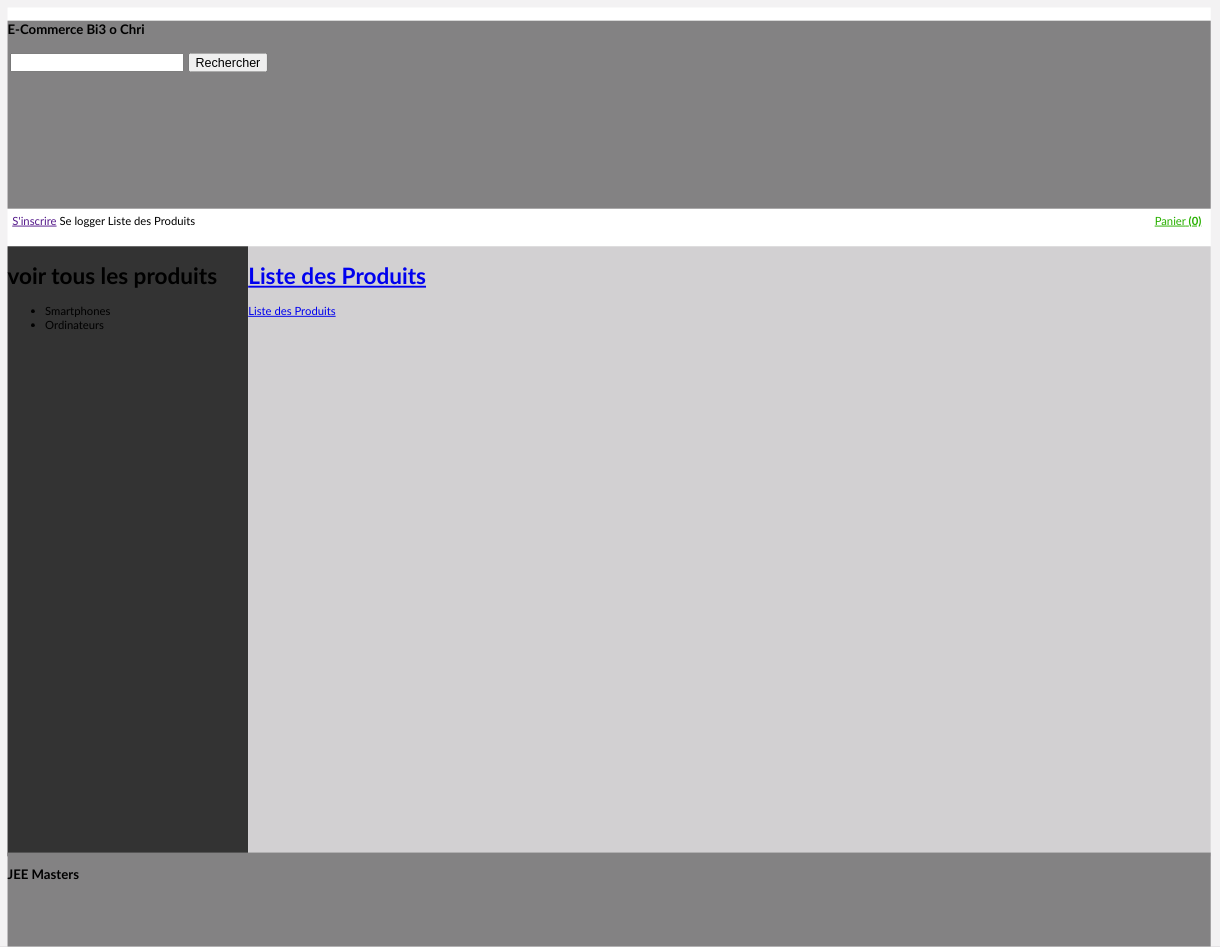
Repository: EBusinesss/Ebusiness
Page: http://localhost/EcomWEB/
An editor plug-in stored every save of this project. The page is shown before and after the next save, followed by the edit.
The browser window is 1280 px wide. The page is 1298 px wide, so the pictures cover 1298 px, including what lies to the right of the window. The pictures show the whole page, at 94% of full size.
The page is served by Tomcat 9. Nobody is signed in. The application's start-up code is not run. Other server files are loaded and not shown.

Above is the page before, as saved 2014-12-25 14:38:06.

### Workspace/EcomWEB/WebContent/index.jsp
<%@ page language="java" contentType="text/html; charset=ISO-8859-1" pageEncoding="ISO-8859-1"%>


<!DOCTYPE html PUBLIC "-//W3C//DTD HTML 4.01 Transitional//EN" "http://www.w3.org/TR/html4/loose.dtd">
<html>
<head>
<script Src="./functions/functions.js" Language="javascript" type="text/javascript"></script>
<link rel="stylesheet" type="text/css" href="./style/style.css" />
<meta http-equiv="Content-Type" content="text/html; charset=ISO-8859-1">
<title>Insert title here</title>
</head>
<body>


<div id="wrapper">

	<div id="header">
	<h3>E-Commerce Bi3 o Chri</h3>

			<table>
			<tr>
				<td><input type="text" id="nomProduitRecherche" width="25" onkeydown="if (event.keyCode==13) document.getElementById('btnSearch').click()" ></td>
				<td align="right" colspan="3">
				<button onclick="Rechercher()" type="button" id="btnSearch">Rechercher</button></td>
			</tr>
			</table>

	</div>

	<div id="navigation">

		<a href=""> S'inscrire</a>
		<a onclick="seLogger()"> Se logger</a>
		<a href=""> </a>
	    <a onclick="listOfProducts()"> Liste des Produits </a>


			<div class="Basket">

							<span class="icn-hBasket"></span>
							<a href="" class="HeaderLink" target="_top">
									<span class="bigger">Panier</span> <strong>
									<span class="quantityBasket">(0)</span></strong>
							</a>
			</div>

	</div>

	<div id="menuLateral">
	<h1> <a> voir tous les produits </a> </h1>

	<ul>
		<li> Smartphones</li>
		<li> Ordinateurs</li>
	</ul>
	</div>

	<div id="content">
	<h1><a href="http://localhost:8080/EcomWEB/ListProductServlet">Liste des Produits </a><br></h1>

	<a href="http://localhost:8080/EcomWEB/ListProductServlet">Liste des Produits </a>
	</div>

	<div id="footer">
		<h3>JEE Masters</h3>
	</div>

</div>
</body>
</html>

### Workspace/EcomWEB/WebContent/functions/functions.js
function listOfProducts()
{
var xmlhttp;
if (window.XMLHttpRequest)
  {// code for IE7+, Firefox, Chrome, Opera, Safari
  xmlhttp=new XMLHttpRequest();
  }
else
  {// code for IE6, IE5
  xmlhttp=new ActiveXObject("Microsoft.XMLHTTP");
  }
xmlhttp.onreadystatechange=function()
  {
  if (xmlhttp.readyState==4 && xmlhttp.status==200)
    {
    document.getElementById("content").innerHTML = xmlhttp.responseText;
    }
  };
xmlhttp.open("GET","ProductServlet",true);
xmlhttp.send();
}


function Rechercher()
{
var xmlhttp;
var val = document.getElementById('nomProduitRecherche').value;

if (window.XMLHttpRequest)
  {// code for IE7+, Firefox, Chrome, Opera, Safari
  xmlhttp=new XMLHttpRequest();
  }
else
  {// code for IE6, IE5
  xmlhttp=new ActiveXObject("Microsoft.XMLHTTP");
  }
xmlhttp.onreadystatechange=function()
  {
  if (xmlhttp.readyState==4 && xmlhttp.status==200)
    {
    document.getElementById("content").innerHTML = xmlhttp.responseText;
    }
  };
xmlhttp.open("GET","RechercherProductServlet?val="+val,true);
xmlhttp.send();
}

### Workspace/EcomWEB/WebContent/style/style.css
@CHARSET "ISO-8859-1";

body{
	background: #f3f2f3;
	color: #000000;
	font-family: Trebuchet MS, Arial, Times New Roman;
	font-size: 12px;
}


#wrapper {
	background: #FFFFFF;
	width: 100%;
	height: 999px;
	position: absolute;
}

#header{
	background: #838283;
	width: 100%;
	height: 20%;
}

#navigation{
	padding: 5px;
	width: 100%;
	height: 3%;
}

.Basket {
	padding-right: 15px;
	float: right;
}

.Basket>img {
	width:40px;
	height:36px;
	background: url(../images/basket.png);
    background-size: 30px 30px;
    background-repeat: no-repeat;
}

.Basket>a {
	color: #29b001;
}

#menuLateral{
	background: #333333;
	float: left;
	width: 20%;
	height: 65%;
}


#content {
	background: #d2d0d2;
	float: right;
	width: 80%;
	height: 65%;
}

#footer {
	background: #838283;
	width: 100%;
	height: 10%;
	position: absolute;
	bottom: 0px;
}

a{
	cursor: pointer;
}

After the next save:
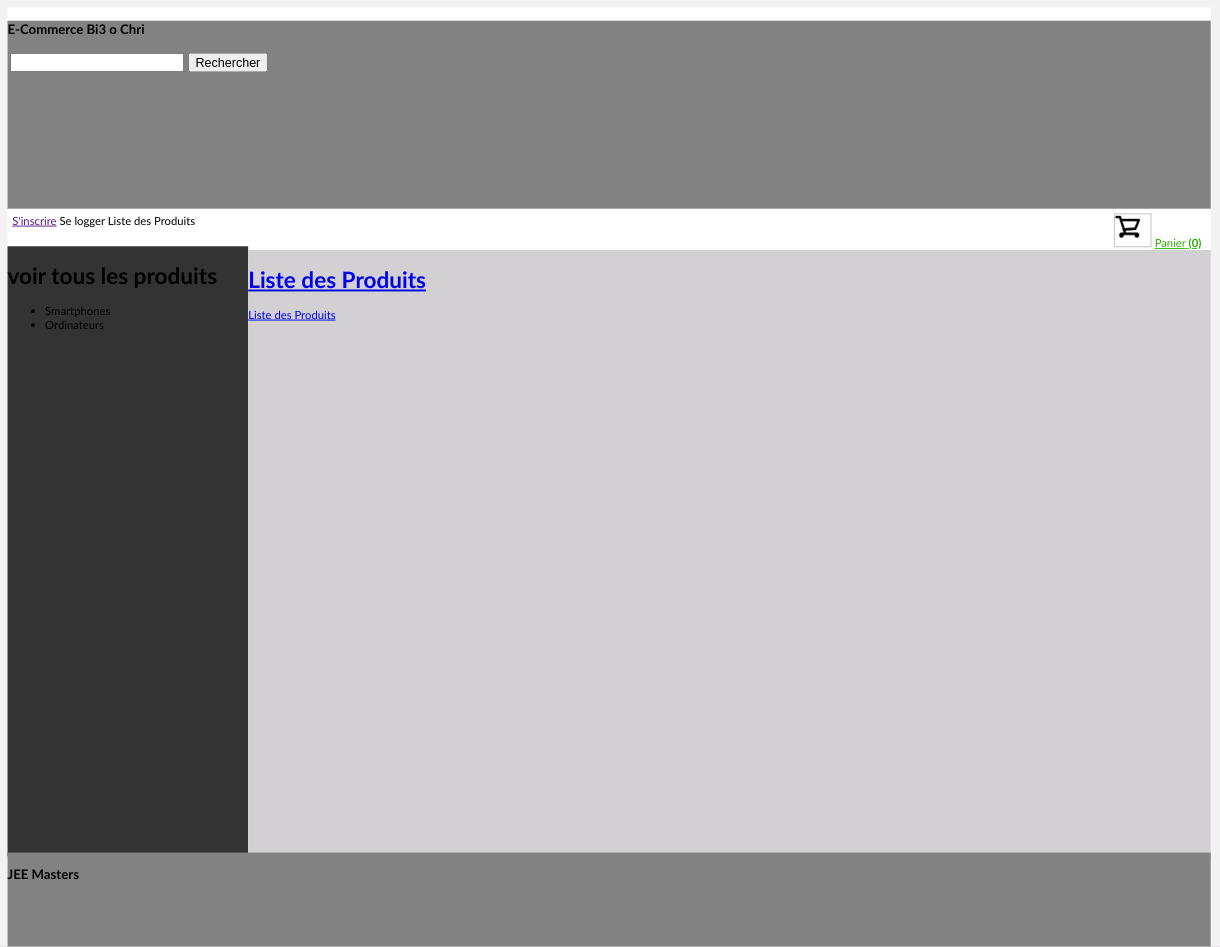
Saved 10 s later.
--- a/Workspace/EcomWEB/WebContent/index.jsp
+++ b/Workspace/EcomWEB/WebContent/index.jsp
@@ -37,7 +37,7 @@
 
 			<div class="Basket">
 
-							<span class="icn-hBasket"></span>
+							<img class="icn-hBasket"></img>
 							<a href="" class="HeaderLink" target="_top">
 									<span class="bigger">Panier</span> <strong>
 									<span class="quantityBasket">(0)</span></strong>

After the save that followed:
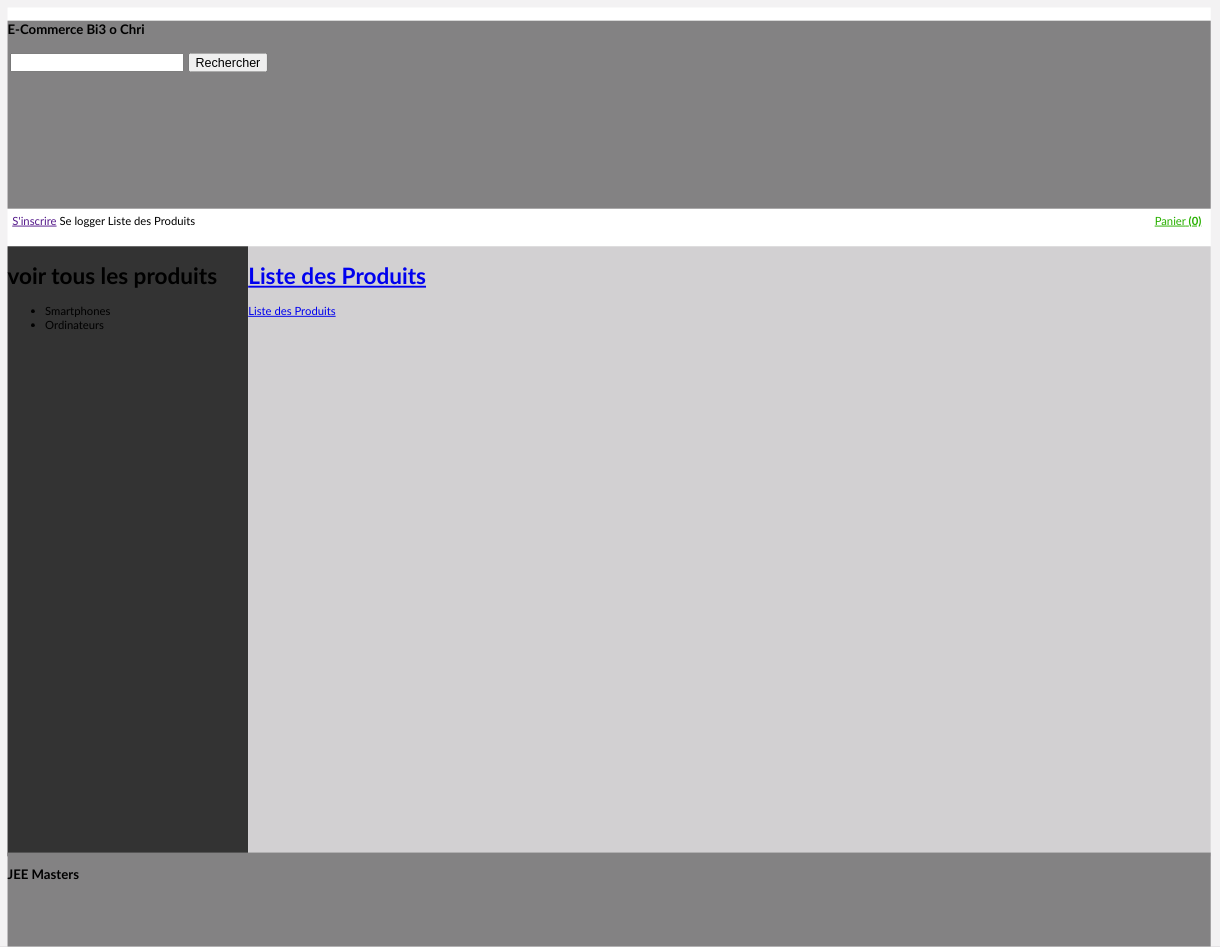
Saved 91 s later.
--- a/Workspace/EcomWEB/WebContent/index.jsp
+++ b/Workspace/EcomWEB/WebContent/index.jsp
@@ -37,7 +37,7 @@
 
 			<div class="Basket">
 
-							<img class="icn-hBasket"></img>
+							<div class="icn-hBasket"></div>
 							<a href="" class="HeaderLink" target="_top">
 									<span class="bigger">Panier</span> <strong>
 									<span class="quantityBasket">(0)</span></strong>
